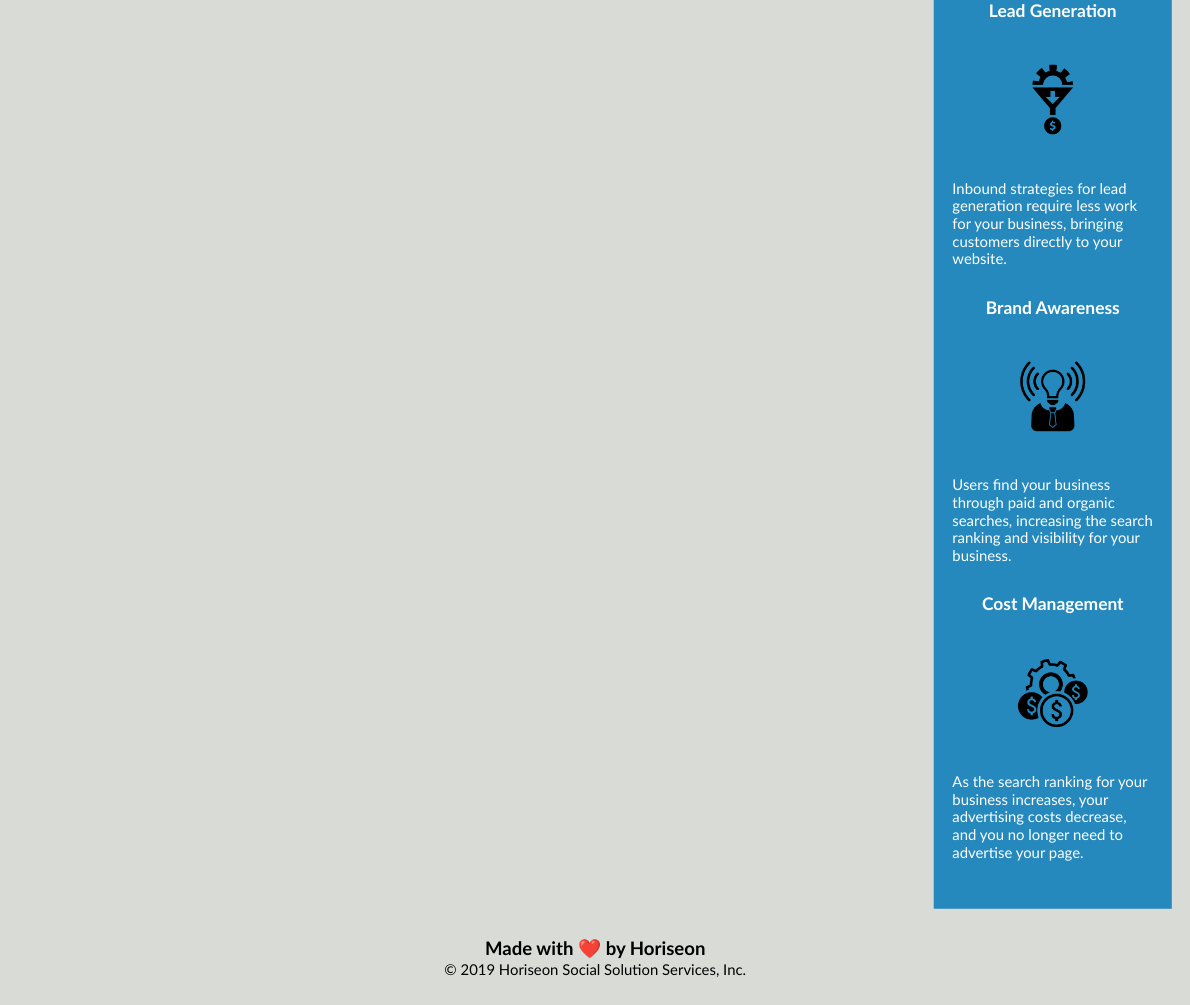
Repository: csabbah/horiseon-web-optimization
Page: Develop/index.html
The author's editor kept a copy of each file at every save. The page is drawn from the files as they stood at one save, then again after the next save.
The browser window is 1280 px wide. The pictures show the part of the page from y = 1212 to 2293 px (the page is 2293 px tall before and 1964 px after), at 93% of full size.
A picture or video elsewhere on the page could not be fetched, so the positions and the page height are approximate.

Above is the page before, as saved 2022-02-17 19:33:39.

After the next save:
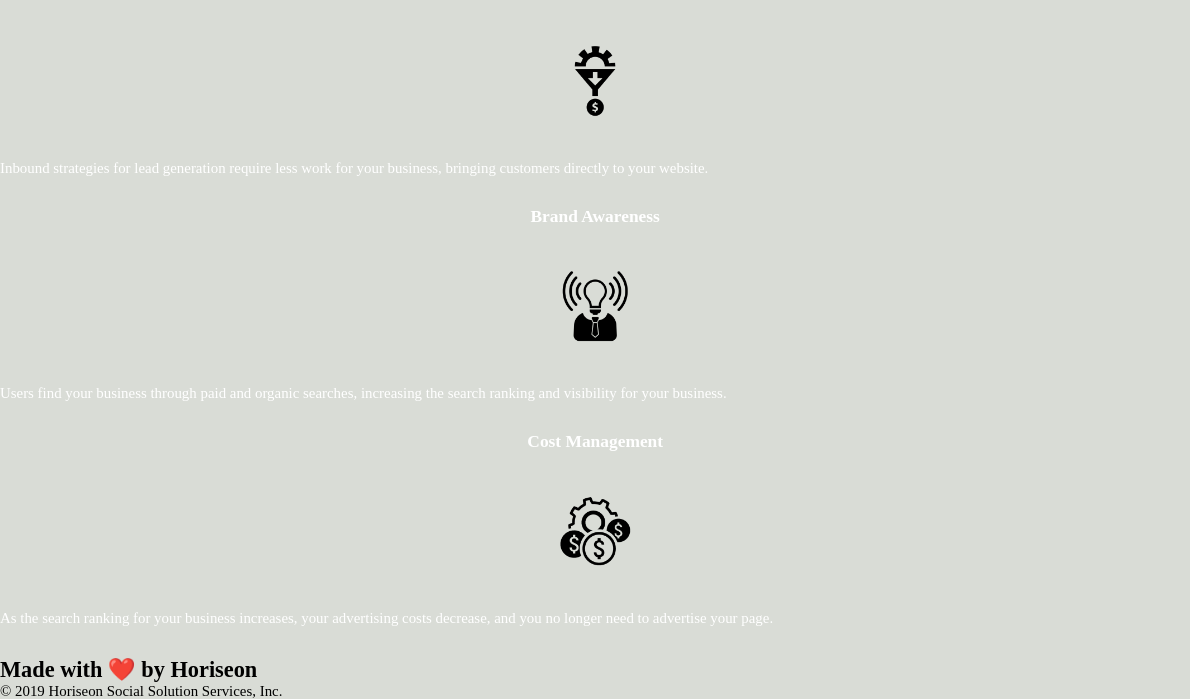
Saved 89 s later.
--- a/Develop/index.html
+++ b/Develop/index.html
@@ -67,35 +67,35 @@
             using analytics to find the right markets and increase your lead generation.</p>
         </article>
     </section>
-    <div class="benefits">
-        <div class="benefit-lead">
+        <!-- Changed from <div></div> to <section></section> -->
+    <!-- Changed from class="benefits" id="benefits" -->
+    <section id="benefits">
+        <!-- Changed the below 3 inner containers from <div></div> to <article></article> -->
+        <article class="benefit-lead">
             <h3>Lead Generation</h3>
-            <img src="./assets/images/lead-generation.png" />
-            <p>
-                Inbound strategies for lead generation require less work for your business, bringing customers directly to your website.
-            </p>
-        </div>
-        <div class="benefit-brand">
+            <!-- Added an alt to the image -->
+            <img src="./assets/images/lead-generation.png" alt='Icon of a Gear converting into a currency coin' />
+            <p>Inbound strategies for lead generation require less work for your business, bringing customers directly to your website.</p>
+        </article>
+        <article class="benefit-brand">
             <h3>Brand Awareness</h3>
-            <img src="./assets/images/brand-awareness.png" />
-            <p>
-                Users find your business through paid and organic searches, increasing the search ranking and visibility for your business.
-            </p>
-        </div>
-        <div class="benefit-cost">
+            <!-- Added an alt to the image -->
+            <img src="./assets/images/brand-awareness.png" alt='Icon of a Suit with a lit light bulb as the head' />
+            <p>Users find your business through paid and organic searches, increasing the search ranking and visibility for your business.</p>
+        </article>
+        <article class="benefit-cost">
             <h3>Cost Management</h3>
-            <img src="./assets/images/cost-management.png"></img>
-            <p>
-                As the search ranking for your business increases, your advertising costs decrease, and you no longer need to advertise your page.
-            </p>
-        </div>
-    </div>
-    <div class="footer">
+            <!-- Added an alt to the image -->
+            <img src="./assets/images/cost-management.png" alt='Icon of a Gear paired with 3 other currency coins'></img>
+            <p>As the search ranking for your business increases, your advertising costs decrease, and you no longer need to advertise your page.</p>
+        </article>
+    </section>
+    <!-- Changed from <div></div> to <footer></footer> -->
+    <!-- removed class='footer' as <footer> is a unique identifier as is -->
+    <footer>
         <h2>Made with ❤️️ by Horiseon</h2>
-        <p>
-            &copy; 2019 Horiseon Social Solution Services, Inc.
-        </p>
-    </div>
+        <p>&copy; 2019 Horiseon Social Solution Services, Inc.</p>
+    </footer>
 </body>
 
 </html>
